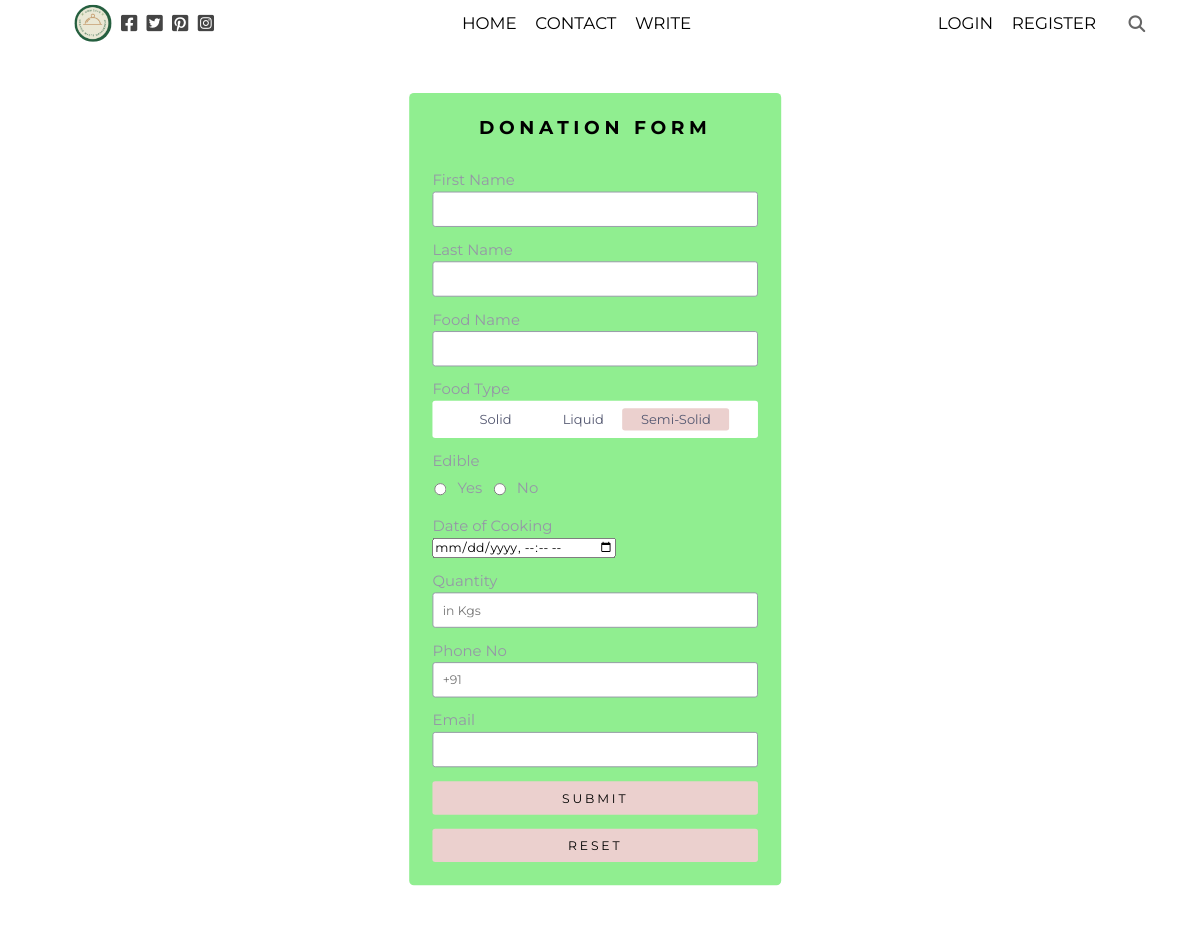
Repository: blsnabrhm/anna-daan
Page: /Contact (app in client/)
An editor plug-in stored every save of this project. The page is shown before and after a run of saves, followed by the edit.
The browser window is 1280 px wide. The pictures show the whole page, at 93% of full size.
Some web libraries are served in a nearby version. The project was rebuilt for these pictures with package versions that can differ from the ones it lists, and the page was loaded fresh each time. Also part of the build but not shown: client/src/components/header/header.css, client/src/components/header/Header.jsx, client/src/components/posts/posts.css, client/src/components/posts/Posts.jsx, client/src/components/sidebar/sidebar.css, client/src/components/sidebar/SideBar.jsx, client/src/pages/home/home.css, client/src/pages/home/Home.jsx and 13 more. Imported but missing from the stored project, and not drawn on this page: client/src/components/post/Post.

Above is the page before, as saved 2022-04-22 09:16:57.

### client/public/index.html
<!DOCTYPE html>
<html lang="en">
  <head>
    <meta charset="utf-8" />
    <link rel="icon" href="%PUBLIC_URL%/favicon.ico" />
    <meta name="viewport" content="width=device-width, initial-scale=1" />
    <meta name="theme-color" content="#000000" />
    <meta
      name="description"
      content="Web site created using create-react-app"
    />
    <link rel="preconnect" href="https://fonts.googleapis.com">
    <link rel="preconnect" href="https://fonts.gstatic.com" crossorigin>
    <link href="https://fonts.googleapis.com/css2?family=Josefin+Sans:wght@100;200;300;400;500;600;700&family=Lora:ital@0;1&family=Varela&family=Varela+Round&display=swap" rel="stylesheet">
    <link rel="stylesheet" href="https://cdnjs.cloudflare.com/ajax/libs/font-awesome/6.1.1/css/all.min.css" integrity="sha512-KfkfwYDsLkIlwQp6LFnl8zNdLGxu9YAA1QvwINks4PhcElQSvqcyVLLD9aMhXd13uQjoXtEKNosOWaZqXgel0g==" crossorigin="anonymous" referrerpolicy="no-referrer" />
    <style>*{
      margin: 0;
    }</style>
    <style>
      .link {
        text-decoration: none;
        color: inherit;
      }
    </style>
    <title>Anna Daan</title>
  </head>
  <body>
    <noscript>You need to enable JavaScript to run this app.</noscript>
    <div id="root"></div>

  </body>
</html>

### client/src/index.js
import React from 'react';
import ReactDOM from 'react-dom/client';
import App from './App';
import { ContextProvider } from './context/Context';

const root = ReactDOM.createRoot(document.getElementById('root'));
root.render(
  <React.StrictMode>
    <ContextProvider>
    <App />
    </ContextProvider>
  </React.StrictMode>
);

### client/src/App.js
import Home from "./pages/home/Home";
import TopBar from "./components/topbar/TopBar";
import Single from "./pages/single/Single";
import Write from "./pages/write/Write";
import Settings from "./pages/settings/Settings";
import Login from "./pages/login/Login";
import Register from "./pages/register/Register";
import Contact from "./pages/contact/Contact";
import { BrowserRouter as Router, Switch, Route, Link } from "react-router-dom";
import { useContext } from "react";
import { Context } from "./context/Context";

function App() {
  const { user } = useContext(Context);
  return (
    <Router>
      <TopBar />
      <Switch>
        <Route exact path="/">
          <Home />
        </Route>
        <Route path="/register">{user ? <Home /> : <Register />}</Route>
        <Route path="/login">{user ? <Home /> : <Login />}</Route>
        <Route path="/Contact">{user ? <Contact />: <Contact/> }</Route>
        <Route path="/write">{user ? <Write /> : <Register />}</Route>
        <Route path="/settings">{user ? <Settings /> : <Register />}</Route>
        <Route path="/post/:postId">
          <Single />
        </Route>
      </Switch>
    </Router>
  );
}

export default App;

### client/src/context/Context.js
import { createContext, useEffect, useReducer } from "react";
import Reducer from "./Reducer";

const INITIAL_STATE = {
  user: JSON.parse(localStorage.getItem("user")) || null,
  isFetching: false,
  error: false,
};

export const Context = createContext(INITIAL_STATE);

export const ContextProvider = ({ children }) => {
  const [state, dispatch] = useReducer(Reducer, INITIAL_STATE);

  useEffect(() => {
    localStorage.setItem("user", JSON.stringify(state.user));
  }, [state.user]);

  return (
    <Context.Provider
      value={{
        user: state.user,
        isFetching: state.isFetching,
        error: state.error,
        dispatch,
      }}
    >
      {children}
    </Context.Provider>
  );
};

### client/src/components/topbar/TopBar.jsx
import { useContext } from "react";
import { Link } from "react-router-dom";
import { Context } from "../../context/Context";
import "./topbar.css";

export default function TopBar() {
  const { user, dispatch } = useContext(Context);
  const PF = "http://localhost:3000/images/"

  const handleLogout = () => {
    dispatch({ type: "LOGOUT" });
  };
  return (
    <div className="top">
      <div className="topLeft">
        <img className="topImg topLogo" src={require('../../assets/Anna_Daan.png')} alt="" />
        <i className="topIcon fab fa-facebook-square"></i>
        <i className="topIcon fab fa-twitter-square"></i>
        <i className="topIcon fab fa-pinterest-square"></i>
        <i className="topIcon fab fa-instagram-square"></i>
      </div>
      <div className="topCenter">
        <ul className="topList">
          <li className="topListItem">
            <Link className="link" to="/" >
              HOME
            </Link>
          </li>
          <li className="topListItem">
            <Link className="link" to="/contact" >
              CONTACT
            </Link>
          </li>
          <li className="topListItem">
            <Link className="link" to="/write">
              WRITE
            </Link>
          </li>
          <li className="topListItem" onClick={handleLogout}>
            {user && "LOGOUT"}
          </li>
        </ul>
      </div>
      <div className="topRight">
        {user ? (
          <Link to="/settings">
            <img className="topImg" src={PF+user.profilePic} alt="" />
          </Link>
        ) : (
          <ul className="topList">
            <li className="topListItem">
              <Link className="link" to="/login" >
                LOGIN
              </Link>
            </li>
            <li className="topListItem">
              <Link className="link" to="/register">
                REGISTER
              </Link>
            </li>
          </ul>
        )}
        <i className="topSearchIcon fas fa-search"></i>
      </div>
    </div>
  );
}

### client/src/pages/contact/Contact.jsx
import './contact.css'

export default function Contact() {
    return (
    <div className='contact'>
        <div class="registration_form">
		<div class="title">
			Donation Form
		</div>

		<form>
			<div class="form_wrap">
                <div className="input_wrap">
					<label for="fname">First Name</label>
					<input type="text" id="email"/>
				</div>
				<div className="input_wrap">
					<label for="lname">Last Name</label>
					<input type="text" id="email"/>
				</div>
                <div >

                </div>

                <div className="input_wrap">
					<label for="fname">Food Name</label>
					<input type="text" id="email"/>
				</div>
                <div className="input_wrap">
					<label>Food Type</label>
					<ul>
						<li>
							<label className="radio_wrap">
								<input type="radio" name="gender" value="male" className="input_radio" checked/>
								<span>Solid</span>
							</label>
						</li>
						<li>
							<label className="radio_wrap">
								<input type="radio" name="gender" value="female" className="input_radio"/>
								<span>Liquid</span>
							</label>
						</li>
                        <li>
							<label className="radio_wrap">
								<input type="radio" name="gender" value="male" className="input_radio" checked/>
								<span>Semi-Solid</span>
							</label>
						</li>
					</ul>
				</div>
                <div className="input_wrap">
                    <label className='edi' for="edible">Edible</label>
                    <div className='edible'>
                    <input className='edible' type="radio" id="y" name='edible'/>
                    <label className='edible' for="edible">Yes  </label>
                    <input className='edible' type="radio" id="n" name='edible'/>
                    <label className='edible' for="edible">No  </label>
                    </div>
                </div>
                <div className='input_wrap'>
                    <label for="dot">Date of Cooking</label>
					<input type="datetime-local" id="dot" class="ta"/>
                </div>
                <div className='input_wrap'>
                <label for="quant">Quantity</label>
					<input type="number" id="quant" placeholder="in Kgs"/>
                </div>
				<div className="input_wrap">
					<label for="city">Phone No</label>
					<input type="tel" id="city" placeholder="+91"/>
				</div>
				<div className="input_wrap">
					<label for="country">Email</label>
					<input type="text" id="country"/>
				</div>
				<div className="input_wrap">
					<input type="submit" value="Submit" className="submit_btn"/>
				</div>
        <div className="input_wrap">
					<input type="submit" value="Reset" className="submit_btn"/>
				</div>
			</div>
		</form>
	</div>
    </div>
    )
}

### client/src/context/Reducer.js
const Reducer = (state, action) => {
  switch (action.type) {
    case "LOGIN_START":
      return {
        user: null,
        isFetching: true,
        error: false,
      };
    case "LOGIN_SUCCESS":
      return {
        user: action.payload,
        isFetching: false,
        error: false,
      };
    case "LOGIN_FAILURE":
      return {
        user: null,
        isFetching: false,
        error: true,
      };
      case "UPDATE_START":
        return {
          ...state,
          isFetching:true
        };
      case "UPDATE_SUCCESS":
        return {
          user: action.payload,
          isFetching: false,
          error: false,
        };
      case "UPDATE_FAILURE":
        return {
          user: state.user,
          isFetching: false,
          error: true,
        };
    case "LOGOUT":
      return {
        user: null,
        isFetching: false,
        error: false,
      };
    default:
      return state;
  }
};

export default Reducer;

### client/src/components/topbar/topbar.css
.top {
    width: 100%;
    height: 50px;
    background-color: white;
    position: sticky;
    top: 0;
    display: flex;
    align-items: center;
    font-family: "Josefin Sans", sans-serif;
    z-index: 999;
  }

  .topLeft,
  .topRight {
    flex: 3;
    display: flex;
    align-items: center;
    justify-content: center;
  }

  .topCenter {
    flex: 6;
  }

  .topLogo {
    margin-right: 10px;
  }

  .topIcon {
    font-size: 20px;
    margin-right: 10px;
    color: #444;
    cursor: pointer;
  }

  .topImg {
    width: 40px;
    height: 40px;
    border-radius: 50%;
    object-fit: cover;
    cursor: pointer;
  }

  .topList {
    display: flex;
    justify-content: center;
    margin: 0;
    padding: 0;
    list-style: none;
  }

  .topListItem {
    margin-right: 20px;
    font-size: 18px;
    font-weight: 300;
    cursor: pointer;
  }

  .topSearchIcon {
    font-size: 18px;
    color: #666;
    cursor: pointer;
    margin-left: 15px;
  }

### client/src/pages/contact/contact.css
@import url('https://fonts.googleapis.com/css2?family=Montserrat:wght@400;700&display=swap');

*{
	margin: 0;
	padding: 0;
	box-sizing: border-box;
	list-style: none;
	font-family: 'Montserrat', sans-serif;
}

.contact {
    display: flex;
    align-items: center;
    justify-content: center;
    margin: 50px 0;
}


.edible {
    display: flex;
    flex-wrap: wrap;
    margin-top: 3px;
    margin-right: 10px;
    padding: 2px;
}

.wrapper{
	min-height: 100vh;
	display: flex;
	justify-content: center;
	align-items: center;
}

.registration_form{
	background: lightgreen;
	padding: 25px;
	border-radius: 5px;
	width: 400px;
}

.registration_form .title{
	text-align: center;
	font-size: 20px;
	text-transform: uppercase;
	color: #000000;
	letter-spacing: 5px;
	font-weight: 700;
}

.form_wrap{
	margin-top: 35px;
}

.form_wrap .input_wrap{
	margin-bottom: 15px;
}

.form_wrap .input_wrap:last-child{
	margin-bottom: 0;
}

.form_wrap .input_wrap label{
	display: block;
	margin-bottom: 3px;
	color: #9597a6;
}
.form_wrap .input_grp  input[type="text"] ,input[type="number"]{
	width: 165px;
}

.form_wrap  input[type="text"], input[type="number"], input[type="tel"]{
	width: 100%;
	border-radius: 3px;
	border: 1px solid #9597a6;
	padding: 10px;
	outline: none;
}

.form_wrap  input[type="text"]:focus{
	border-color: #ebd0ce;
}

.form_wrap ul{
	background: #fff;
	padding: 8px 10px;
	border-radius: 3px;
	display: flex;
	justify-content: center;
}

.form_wrap ul li:first-child{
	margin-right: 15px;
}
.form_wrap ul .radio_wrap{
	position: relative;
	margin-bottom: 0;
}

.form_wrap ul .radio_wrap .input_radio{
	position: absolute;
	top: 0;
	right: 0;
	opacity: 0;
}

.form_wrap ul .radio_wrap span{
	display: inline-block;
	font-size: 14px;
	padding: 3px 20px;
	border-radius: 3px;
	color: #545871;
}

.form_wrap .input_radio:checked ~ span{
	background: #ebd0ce;
}

.form_wrap .submit_btn{
	width: 100%;
	background: #ebd0ce;
	padding: 10px;
	border: 0;
	border-radius: 3px;
	text-transform: uppercase;
	letter-spacing: 3px;
	cursor: pointer;
}

.form_wrap .submit_btn:hover{
	background: #ffd5d2;
}

After the next 2 saves:
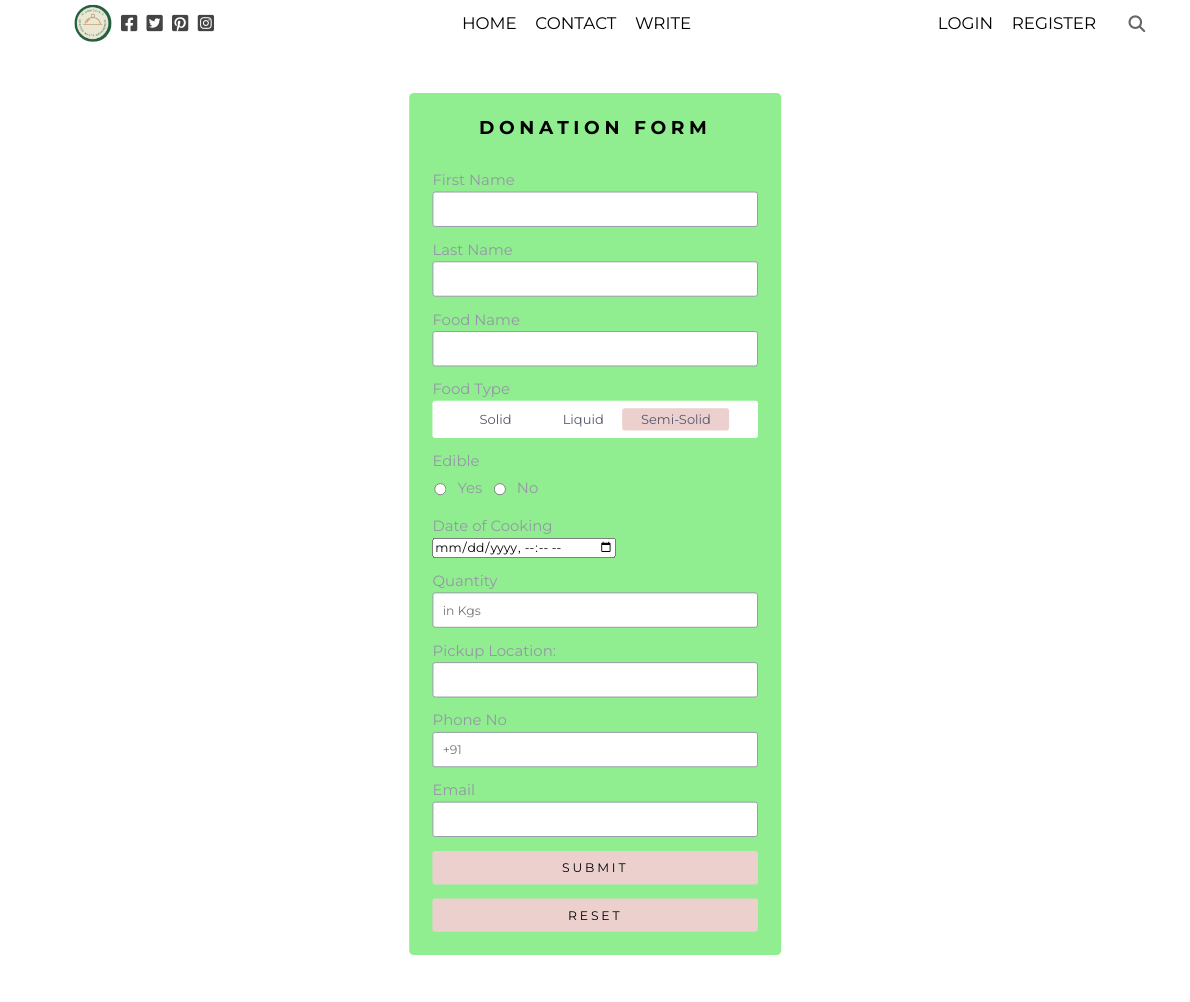
The 2 saves are shown as one change because 1 did not build or start.
The last was saved 57 s later.
--- a/client/src/pages/contact/Contact.jsx
+++ b/client/src/pages/contact/Contact.jsx
@@ -66,6 +66,10 @@ export default function Contact() {
                 <label for="quant">Quantity</label>
 					<input type="number" id="quant" placeholder="in Kgs"/>
                 </div>
+                <div className='input_wrap'>
+                <label for="loc">Pickup Location:</label>
+					<input type="text" id="loc" class="ta"/>
+                </div>
 				<div className="input_wrap">
 					<label for="city">Phone No</label>
 					<input type="tel" id="city" placeholder="+91"/>
